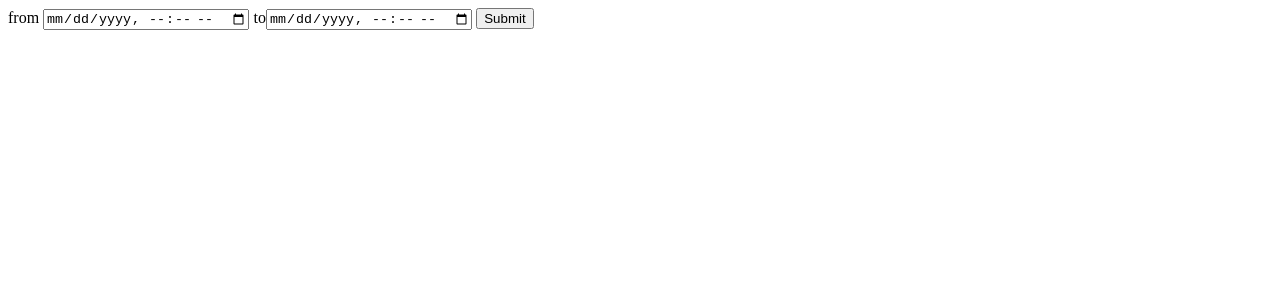
Repository: shiroikumakoori/studentProjecthHibernate
Page: http://localhost/bankApplication/viewTransaction.jsp
The author's editor kept a copy of each file at every save. The page is drawn from the files as they stood at one save, then again after the next save.
The browser window is 1280 px wide. The pictures show the whole page.
The page is served by Tomcat 9.

Above is the page before, as saved 2022-09-02 08:25:29.

After the next save:
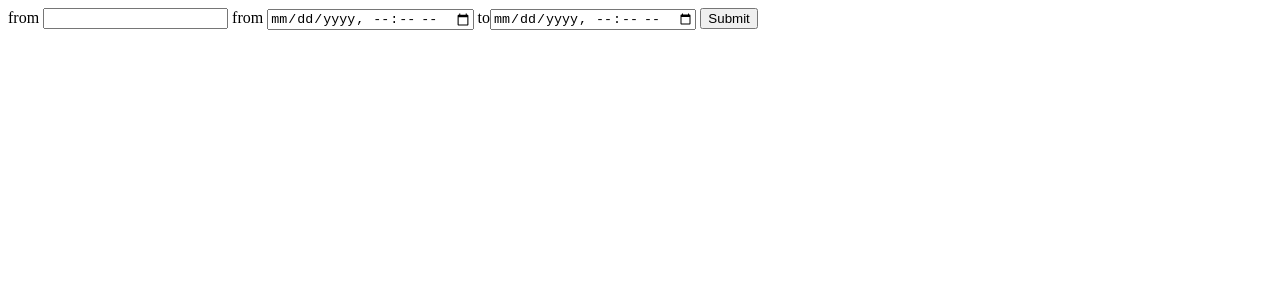
Saved 107 s later.
--- a/blankApplication/bankApplication/src/main/webapp/viewTransaction.jsp
+++ b/blankApplication/bankApplication/src/main/webapp/viewTransaction.jsp
@@ -10,6 +10,7 @@
 </head>
 <body>
 <form action="/bankApplication/viewRangeTransaction" >
+ <label>from</label> <input type="text" name="hi" >
  <label>from</label> <input type="datetime-local" name="from" >
   <label>to</label><input type="datetime-local" name="to" >
  	 <input type="submit">
